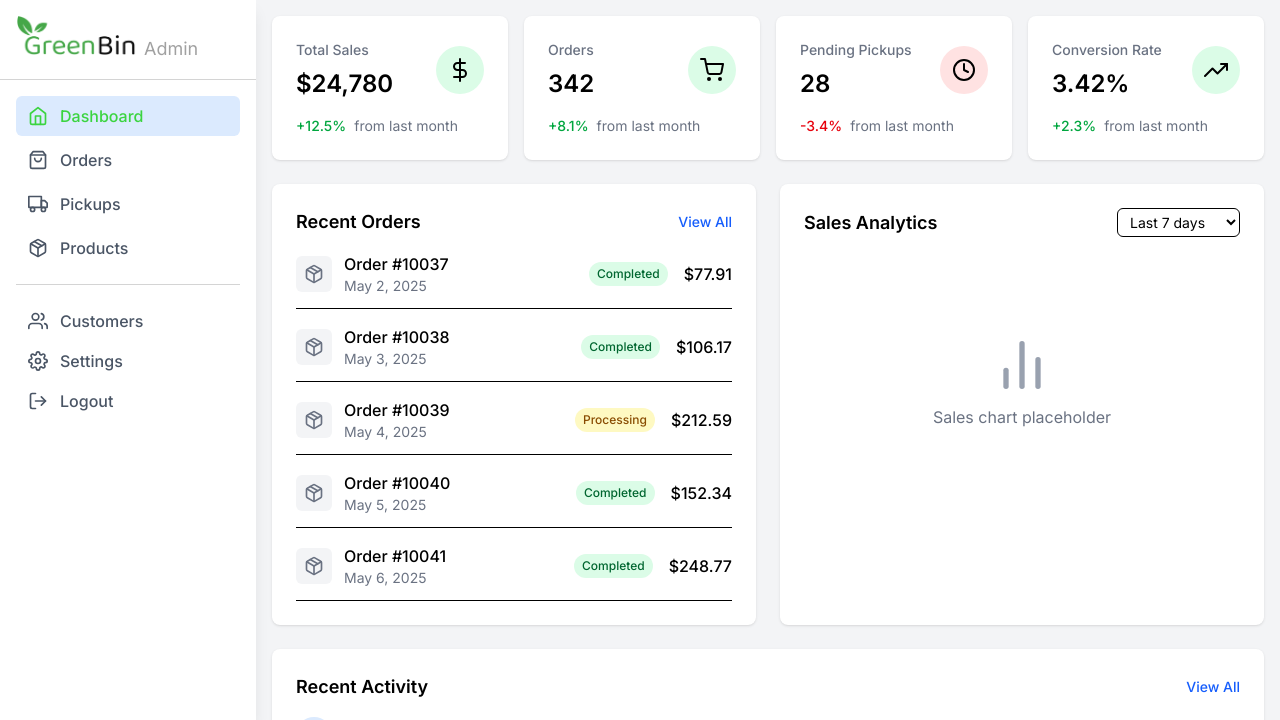
Repository: Siddhu123456/Plastic-Waste-Management
Page: /dashboard (app in frontend/)
These files come from the project's save history. The page is drawn as it stood at one moment and after the next save; the edit follows.
The browser window is 1280 px wide. The pictures show the whole page.
An inner scrolling area shows only its first screen. The project was rebuilt for these pictures with package versions that can differ from the ones it lists, and the page was loaded fresh each time. Also part of the build but not shown: frontend/vite.config.js, frontend/src/components/ProductCard.jsx, frontend/src/components/TrendingProductsCarousel.jsx, frontend/src/pages/Home.jsx, frontend/src/components/FilterBar.jsx, frontend/src/components/Loader.jsx, frontend/src/pages/customer/Shop.jsx, frontend/src/pages/customer/Recycle.jsx and 22 more. Imported but missing from the stored project, and not drawn on this page: frontend/src/pages/Help, frontend/src/pages/customer/WishList.

Above is the page before, as saved 2025-05-06 20:06:56.

### frontend/src/index.css
@import url('https://fonts.googleapis.com/css2?family=Fugaz+One&family=Montserrat:ital@0;1&display=swap');
@import url('https://fonts.googleapis.com/css2?family=Inter:ital,opsz,wght@0,14..32,100..900;1,14..32,100..900&display=swap');
@import "tailwindcss";


@custom-variant dark (&:where(.dark, .dark *));


@theme{
  --color-ow : #f5f5f5;
  --color-dbg : #000803;
  --color-dsc : #1e221f;
  --color-dtc : #313532;
  --color-lgg : #3bd440;
  --color-tc : #1e1e1e;
  --color-lgd : #2aa12e;
  --color-bl: #1D2A35;
  --color-lg-trans : rgba(69, 167, 72, 0.3);
}

@layer components {
  .pri-btn {
    @apply text-white cursor-pointer text-center rounded-lg bg-lgg hover:bg-lgd transition duration-300
  }
  .white-btn {
    @apply text-lgg cursor-pointer text-center rounded-2xl bg-ow transition duration-300
  }
  .trans-btn{
    @apply border text-center rounded-2xl cursor-pointer border-lgg text-lgg hover:bg-lgg hover:text-white transition
  }

  .white-trans-btn{
    @apply border text-center rounded-2xl cursor-pointer border-white text-white transition duration-300
  }
}

@layer utilities{
  .no-scrollbar::-webkit-scrollbar {
    display: none;
}
.no-scrollbar {
    -ms-overflow-style: none;
    scrollbar-width: none;
}
}

:root{
  font-family: "Inter", sans-serif;
  background-color: #f5f5f5;
  box-sizing: border-box;
  overflow-x: hidden;
}


input[type='range'] {
  pointer-events: all;
  height: 0;
}

input[type='range']::-webkit-slider-thumb {
  appearance: none;
  height: 16px;
  width: 16px;
  background: #22c55e;
  border-radius: 9999px;
  cursor: pointer;
  border: none;
}

input[type='range']::-moz-range-thumb {
  height: 16px;
  width: 16px;
  background: #22c55e;
  border-radius: 9999px;
  cursor: pointer;
  border: none;
}

### frontend/src/App.jsx
import { CartProvider } from './components/CartContext.jsx';
import AppRoutes from './routes/AppRoutes.jsx'


const App = () => (
    <CartProvider>
        <AppRoutes />
    </CartProvider>
)

export default App;

### frontend/src/components/CartContext.jsx
import { createContext, useContext, useState } from "react";

const CartContext = createContext();

export const CartProvider = ({ children }) => {
  const [cartCount, setCartCount] = useState(0);

  return (
    <CartContext.Provider value={{ cartCount, setCartCount }}>
      {children}
    </CartContext.Provider>
  );
};

export const useCart = () => useContext(CartContext);

### frontend/src/routes/AppRoutes.jsx
import { BrowserRouter as Router, Routes, Route } from 'react-router-dom'

import Home from '../pages/Home'
import Help from '../pages/Help'
import Shop from '../pages/customer/Shop'
import Recycle from '../pages/customer/Recycle'
import Cart from '../pages/customer/Cart'
import WishList from '../pages/customer/WishList'
import ProductOverview from '../pages/customer/ProductOverview'
import ScrollToTop from './ScrollToTop'
import Layout from '../components/Layout'
import Wallet from '../pages/customer/Wallet'
import OrderHistory from '../pages/customer/OrderHistory'
import OrderSummary from '../pages/customer/OrderSummary'
import PickupHistory from '../pages/customer/PickupHistory'
import CustomerProfile from '../pages/customer/CustomerProfile'
import ProductForm from '../pages/admin/ProductForm'
import Dashboard from '../pages/admin/Dashboard'
import Orders from '../pages/admin/Orders'
import AdminLayout from '../pages/admin/AdminLayout'

const AppRoutes = () => {
  return (
    <Router>
      <ScrollToTop />
      <Routes>
        {/* Routes using main Layout */}
        <Route element={<Layout />}>
          <Route path='/' element={<Home />} />
          <Route path='/recycle' element={<Recycle />} />
          <Route path='/shop' element={<Shop />} />
          <Route path='/help' element={<Help />} />
          <Route path='/cart' element={<Cart />} />
          <Route path='/favorites' element={<WishList />} />
          <Route path='/wallet' element={<Wallet />} />
          <Route path='/product/:id' element={<ProductOverview />} />
          <Route path='/orders' element={<OrderHistory />} />
          <Route path='/orders/:id' element={<OrderSummary />} />
          <Route path='/pickups' element={<PickupHistory />} />
          <Route path='/cprofile' element={<CustomerProfile />} />
          <Route path='/pform' element={<ProductForm />} />
        </Route>

        <Route element={<AdminLayout />}>
          <Route path='/dashboard' element={<Dashboard />} />
          <Route path='/allorders' element={<Orders />} />
        </Route>

      </Routes>
    </Router>
  )
}

export default AppRoutes

### frontend/src/routes/ScrollToTop.jsx
import { useEffect } from "react";
import { useLocation } from "react-router-dom";

const ScrollToTop = () => {
    const {pathname} = useLocation()
    useEffect(() => {
        window.scrollTo(0,0)
    },[pathname])

    return null
}

export default ScrollToTop;

### frontend/src/pages/admin/Dashboard.jsx
import {
    FiDollarSign,
    FiShoppingCart,
    FiClock,
    FiTrendingUp,
    FiBarChart2,
    FiPackage,
    FiShoppingBag,
    FiCheckCircle,
    FiTruck,
    FiXCircle
  } from 'react-icons/fi';

  import StatCard from '../../components/StatCard';
  import ActivityItem from '../../components/ActivityItem';

  const Dashboard = () => {
    return (
      <div className="space-y-6">
        {/* Stats Cards */}
        <div className="grid grid-cols-1 sm:grid-cols-2 lg:grid-cols-4 gap-4">
          <StatCard
            title="Total Sales"
            value="$24,780"
            change="+12.5%"
            icon={<FiDollarSign className="h-6 w-6" />}
            positive
          />
          <StatCard
            title="Orders"
            value="342"
            change="+8.1%"
            icon={<FiShoppingCart className="h-6 w-6" />}
            positive
          />
          <StatCard
            title="Pending Pickups"
            value="28"
            change="-3.4%"
            icon={<FiClock className="h-6 w-6" />}
            positive={false}
          />
          <StatCard
            title="Conversion Rate"
            value="3.42%"
            change="+2.3%"
            icon={<FiTrendingUp className="h-6 w-6" />}
            positive
          />
        </div>

        {/* Recent Orders and Sales Chart */}
        <div className="grid grid-cols-1 lg:grid-cols-2 gap-6">
          <div className="bg-white rounded-lg shadow p-6">
            <div className="flex justify-between items-center mb-4">
              <h3 className="text-lg font-semibold">Recent Orders</h3>
              <button className="text-blue-600 text-sm font-medium">View All</button>
            </div>
            <div className="space-y-4">
              {/* Order Items */}
              {[1, 2, 3, 4, 5].map((order) => (
                <div key={order} className="flex justify-between items-center border-b pb-3">
                  <div className="flex items-center">
                    <div className="rounded-md bg-gray-100 p-2">
                      <FiPackage className="h-5 w-5 text-gray-500" />
                    </div>
                    <div className="ml-3">
                      <p className="font-medium">Order #{10036 + order}</p>
                      <p className="text-sm text-gray-500">May {order + 1}, 2025</p>
                    </div>
                  </div>
                  <div className="flex items-center">
                    <span className={`px-2 py-1 rounded-full text-xs font-medium ${
                      order % 3 === 0 ? 'bg-yellow-100 text-yellow-800' : 'bg-green-100 text-green-800'
                    }`}>
                      {order % 3 === 0 ? 'Processing' : 'Completed'}
                    </span>
                    <span className="ml-4 font-medium">${(Math.random() * 200 + 50).toFixed(2)}</span>
                  </div>
                </div>
              ))}
            </div>
          </div>

          <div className="bg-white rounded-lg shadow p-6">
            <div className="flex justify-between items-center mb-4">
              <h3 className="text-lg font-semibold">Sales Analytics</h3>
              <select className="text-sm border rounded-md px-2 py-1">
                <option>Last 7 days</option>
                <option>Last 30 days</option>
                <option>Last 90 days</option>
              </select>
            </div>
            <div className="h-64 flex items-center justify-center">
              <div className="text-center">
                <FiBarChart2 className="h-16 w-16 mx-auto text-gray-400" />
                <p className="mt-2 text-gray-500">Sales chart placeholder</p>
              </div>
            </div>
          </div>
        </div>

        {/* Recent Activity */}
        <div className="bg-white rounded-lg shadow p-6">
          <div className="flex justify-between items-center mb-4">
            <h3 className="text-lg font-semibold">Recent Activity</h3>
            <button className="text-blue-600 text-sm font-medium">View All</button>
          </div>
          <div className="space-y-4">
            <ActivityItem
              icon={<FiShoppingBag className="h-5 w-5" />}
              title="New order received"
              description="Order #10041 from John Doe"
              time="5 minutes ago"
            />
            <ActivityItem
              icon={<FiCheckCircle className="h-5 w-5" />}
              title="Order completed"
              description="Order #10038 has been delivered"
              time="2 hours ago"
            />
            <ActivityItem
              icon={<FiTruck className="h-5 w-5" />}
              title="Pickup scheduled"
              description="Order #10039 ready for pickup at 5:00 PM"
              time="3 hours ago"
            />
            <ActivityItem
              icon={<FiXCircle className="h-5 w-5" />}
              title="Order cancelled"
              description="Order #10036 has been cancelled"
              time="5 hours ago"
            />
          </div>
        </div>
      </div>
    );
  };

  export default Dashboard;

### frontend/src/pages/admin/AdminLayout.jsx
import React, { useState } from "react";
import { FiMenu } from "react-icons/fi";
import Sidebar from "../../components/Sidebar";
import { Outlet } from "react-router-dom";
import LogoGBB from '../../assets/images/logoGBB.png'


const AdminLayout = () => {
  const [sidebarOpen, setSidebarOpen] = useState(false);
  const [activePage, setActivePage] = useState('dashboard');

  const toggleSidebar = () => {
    setSidebarOpen(!sidebarOpen);
  };

  return (
    <div className="flex h-screen bg-gray-100 dark:bg-dsc">
      {/* Sidebar */}
      <Sidebar
        activePage={activePage}
        setActivePage={setActivePage}
        sidebarOpen={sidebarOpen}
        toggleSidebar={toggleSidebar}
      />

      {/* Main Content */}
      <div className="flex flex-col flex-1 xl:ml-64">
        {/* Top bar with menu toggle */}
        <header className="bg-white shadow-sm z-10 xl:hidden">
          <div className="px-4 py-1 flex items-center gap-4">
            <button
              onClick={toggleSidebar}
              className="mr-2 text-gray-600 focus:outline-none"
            >
              <FiMenu className="h-6 w-6" />
            </button>
            <div className=" flex items-baseline gap-2">
              <img className="w-30" src={LogoGBB} alt="GreenBin" />
              <p className="text-lg text-neutral-400">Admin</p>
            </div>
          </div>
        </header>

        {/* Page content */}
        <main className="flex-1 p-4 overflow-auto">
          <Outlet />
        </main>
      </div>

      {/* Overlay to close sidebar on mobile */}
      {sidebarOpen && (
        <div
          className="fixed inset-0 bg-black/50 z-40 xl:hidden"
          onClick={toggleSidebar}
        />
      )}
    </div>
  );
};

export default AdminLayout;

### frontend/src/components/StatCard.jsx
const StatCard = ({ title, value, change, icon, positive }) => {
    return (
      <div className="bg-white rounded-lg shadow p-6">
        <div className="flex items-center justify-between">
          <div>
            <p className="text-sm font-medium text-gray-500">{title}</p>
            <p className="text-2xl font-semibold mt-2">{value}</p>
          </div>
          <div className={`p-3 rounded-full ${positive ? 'bg-green-100' : 'bg-red-100'}`}>
            {icon}
          </div>
        </div>
        <div className="mt-4 flex items-center">
          <span className={`text-sm font-medium ${positive ? 'text-green-600' : 'text-red-600'}`}>
            {change}
          </span>
          <span className="text-sm text-gray-500 ml-2">from last month</span>
        </div>
      </div>
    );
  };

  export default StatCard;

### frontend/src/components/ActivityItem.jsx
const ActivityItem = ({ icon, title, description, time }) => {
    return (
      <div className="flex">
        <div className="mr-4">
          <div className="p-2 rounded-full bg-blue-100 text-blue-600">
            {icon}
          </div>
        </div>
        <div>
          <div className="font-medium">{title}</div>
          <div className="text-sm text-gray-500">{description}</div>
          <div className="text-xs text-gray-400 mt-1">{time}</div>
        </div>
      </div>
    );
  };

  export default ActivityItem;

### frontend/src/components/Sidebar.jsx
import {
  FiHome,
  FiShoppingBag,
  FiTruck,
  FiPackage,
  FiUsers,
  FiSettings,
  FiLogOut,
  FiX
} from 'react-icons/fi';
import LogoGBB from '../assets/images/logoGBB.png'
import SidebarItem from './SidebarItem';

const Sidebar = ({ activePage, setActivePage, sidebarOpen, toggleSidebar }) => {
  return (
    <div className={`fixed inset-y-0 left-0 top-0 z-50 w-64 bg-white shadow-lg transform transition-transform duration-200 xl:translate-x-0 ${sidebarOpen ? 'translate-x-0' : '-translate-x-full'}`}>
      <div className="flex items-center justify-between p-4 border-b border-neutral-300">
        <div className=" flex items-baseline gap-2">
          <img className="w-30" src={LogoGBB} alt="GreenBin" />
          <p className="text-lg text-neutral-400">Admin</p>
        </div>
        <button onClick={toggleSidebar} className="p-2 rounded-md xl:hidden">
          <FiX className="h-6 w-6" />
        </button>
      </div>
      <div className="p-4">
        <nav className="space-y-1">
          <SidebarItem
            icon={<FiHome className="h-5 w-5" />}
            title="Dashboard"
            active={activePage === 'dashboard'}
            onClick={() => setActivePage('dashboard')}
          />
          <SidebarItem
            icon={<FiShoppingBag className="h-5 w-5" />}
            title="Orders"
            active={activePage === 'orders'}
            onClick={() => setActivePage('orders')}
          />
          <SidebarItem
            icon={<FiTruck className="h-5 w-5" />}
            title="Pickups"
            active={activePage === 'pickups'}
            onClick={() => setActivePage('pickups')}
          />
          <SidebarItem
            icon={<FiPackage className="h-5 w-5" />}
            title="Products"
            active={activePage === 'products'}
            onClick={() => setActivePage('products')}
          />
          <div className="pt-4 mt-4 border-t border-neutral-300">
            <SidebarItem
              icon={<FiUsers className="h-5 w-5" />}
              title="Customers"
              active={activePage === 'customers'}
              onClick={() => setActivePage('customers')}
            />
            <SidebarItem
              icon={<FiSettings className="h-5 w-5" />}
              title="Settings"
              active={activePage === 'settings'}
              onClick={() => setActivePage('settings')}
            />
            <SidebarItem
              icon={<FiLogOut className="h-5 w-5" />}
              title="Logout"
              active={false}
            />
          </div>
        </nav>
      </div>
    </div>
  );
};

export default Sidebar;

### frontend/src/components/SidebarItem.jsx
const SidebarItem = ({ icon, title, active, onClick }) => {
    return (
      <button
        onClick={onClick}
        className={`flex items-center w-full px-3 py-2 rounded-md transition-colors ${
          active ? 'bg-blue-100 text-lgg' : 'text-gray-600 hover:bg-gray-100'
        }`}
      >
        <span className="mr-3">{icon}</span>
        <span className="font-medium">{title}</span>
      </button>
    );
  };

  export default SidebarItem;

Loaded but not shown: frontend/index.html (common file); frontend/src/main.jsx (common file)

After the next save:
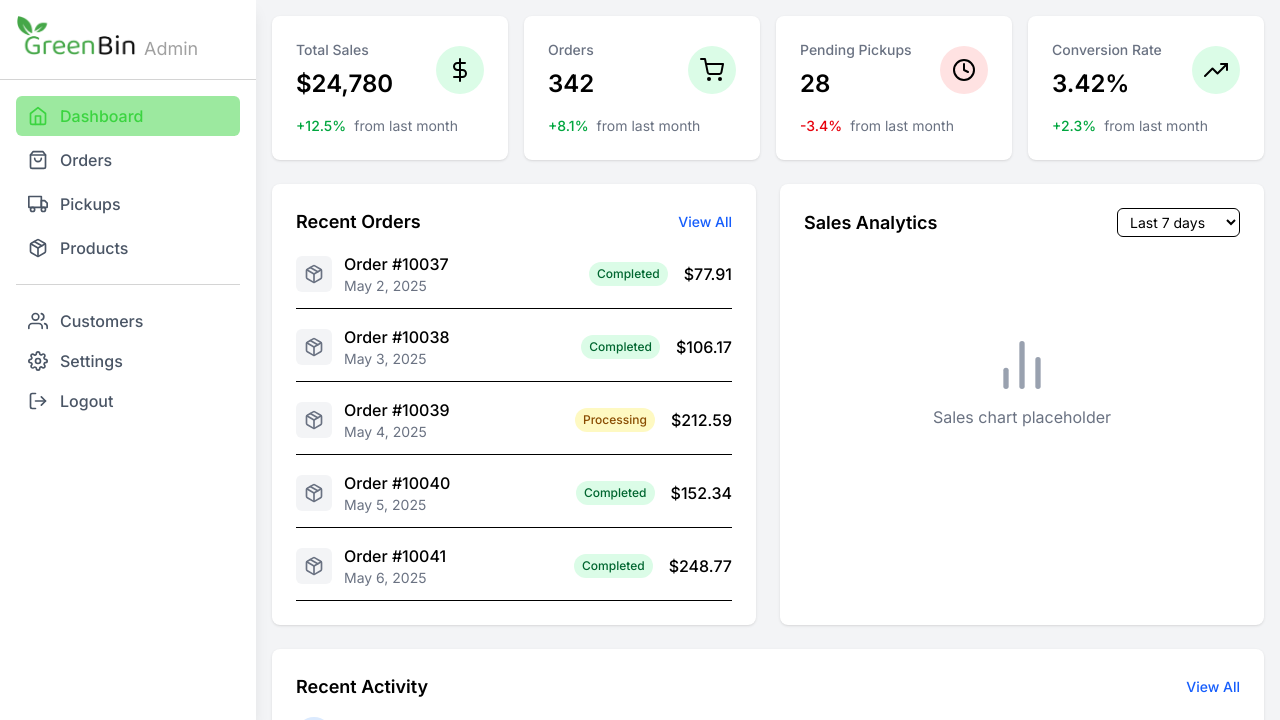
Saved 18 s later.
--- a/frontend/src/components/SidebarItem.jsx
+++ b/frontend/src/components/SidebarItem.jsx
@@ -3,7 +3,7 @@ const SidebarItem = ({ icon, title, active, onClick }) => {
       <button
         onClick={onClick}
         className={`flex items-center w-full px-3 py-2 rounded-md transition-colors ${
-          active ? 'bg-blue-100 text-lgg' : 'text-gray-600 hover:bg-gray-100'
+          active ? 'bg-lgg/50 text-lgg' : 'text-gray-600 hover:bg-gray-100'
         }`}
       >
         <span className="mr-3">{icon}</span>
